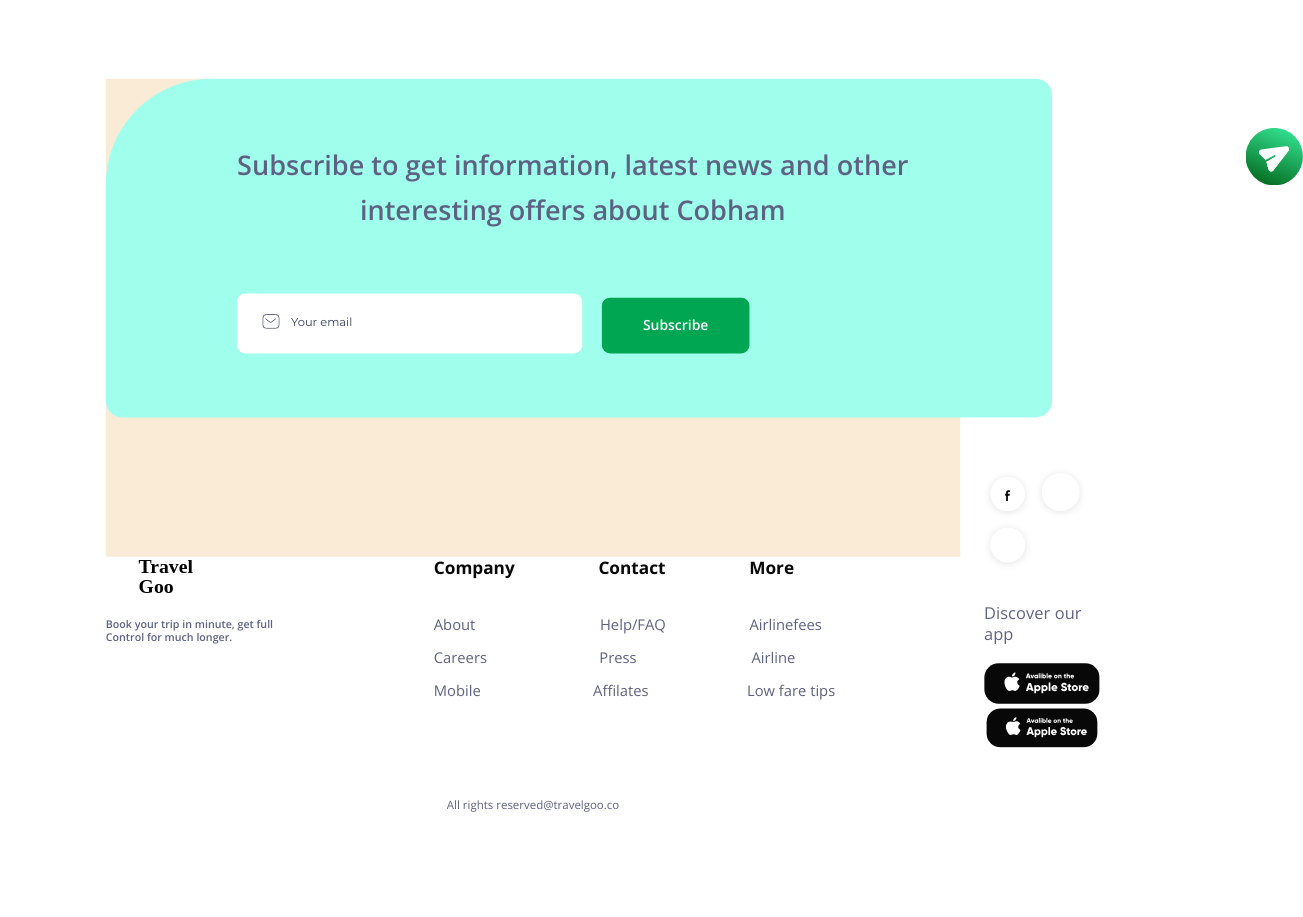
Repository: HeybetzadeQedim/task-5
Page: index.html
An editor plug-in stored every save of this project. The page is shown before and after a run of saves, followed by the edit.
The browser window is 1280 px wide. The page is 1589 px wide, then 1341 px, so the pictures cover 1589 px, including what lies to the right of the window. The pictures show the whole page, at 82% of full size.
Some web fonts or font styles are not loaded; a fallback is used.

Above is the page before, as saved 2023-10-16 15:40:22.

### index.html
<!DOCTYPE html>
<html lang="en">
  <head>
    <meta charset="UTF-8" />
    <meta name="viewport" content="width=device-width, initial-scale=1.0" />
    <title>Document</title>
    <link rel="stylesheet" href="./index.css" />
  </head>
  <body>
    <div class="container">
        <div class="relative-container">
            <div class="box-container">
                <h1>
                  Subscribe to get information, latest news and other interesting offers
                  about Cobham
                </h1>

                <div class="flex-container">
                  <div class="flex-container-2">
                    <img src="images/Group 46.svg" />
                    <p>Your email</p>
                  </div>
                  <div class="button-container">
                    <p>Subscribe</p>
                  </div>
                </div>
              </div>
              <div class="image-container">
                <img src="images/Group 77 (1).svg" />
              </div>
        </div>

          <div class="main-container">
            <div>
              <div class="position-container">
                <h2>
                  Travel<br />
                  Goo
                </h2>
                <p>
                  Book your trip in minute, get full<br />
                  Control for much longer.
                </p>
              </div>

              <div class="li-container">
                <ul>
                  <li>Company</li>
                  <li>Contact</li>
                  <li>More</li>
                </ul>
              </div>
              <div class="li-container-2">
                <ul>
                  <li>About</li>
                  <li>Help/FAQ</li>
                  <li>Airlinefees</li>
                </ul>
              </div>
              <div class="li-container-3">
                <ul>
                  <li>Careers</li>
                  <li>Press</li>
                  <li>Airline</li>
                </ul>
              </div>
              <div class="li-container-4">
                <ul>
                  <li>Mobile</li>
                  <li>Affilates</li>
                  <li>Low fare tips</li>
                </ul>
              </div>
              <div class="last-container">
                <img src="images/Social.svg" />
                <img src="images/Background (1).svg" />
                <img src="images/Background (1).svg" />
                <p>Discover our app</p>
                <img src="images/Play Store.svg" />
                <img src="images/Play Store.svg" />
              </div>
            </div>
            <div class="footer-box">
              <p>All rights reserved@travelgoo.co</p>
            </div>
          </div>
    </div>

  </body>
</html>

### index.css
@import url("https://fonts.googleapis.com/css2?family=Laila:wght@700&family=Montserrat&family=Open+Sans:wght@400;600;700&display=swap");
* {
  padding: 0;
  margin: 0;
  box-sizing: border-box;
}
.container {
  padding: 96px 109px 64px 129px;
}
.box-container {
  padding: 79px 175px 78px 160px;
  margin-bottom: 170px;
  border-radius: 0px 24px 0px 50px;
  display: inline-block;
  background: #9fffec;
  border-radius: 129px 20px 20px 20px;

}
.box-container h1 {
  width: 819px;
  color: var(--TEXT-CLR, #5e6282);
  text-align: center;
  font-family: Open Sans;
  font-size: 33px;
  font-style: normal;
  font-weight: 600;
  line-height: 54px; /* 163.636% */
}
.box-container img:first-child {
  width: 70px;
  height: 70px;
}
.image-container {
  position: absolute;
  top: 60px;
  left: 1390px;
}
.relative-container{
  position: relative;
  background-color: antiquewhite;
}
.flex-container {
  display: flex;
}
.flex-container-2 {
  margin-top: 75px;
  padding: 25px 0 25px 31px;
  width: 421px;
  display: flex;
  border-radius: 10px;
  background: var(--white, #fff);
}
.flex-container-2 img:first-child {
  width: 21px;
  height: 18px;
}
.flex-container-2 p {
  margin-left: 14px;
  color: var(--TEXT-COLOR, #39425d);
  font-family: Montserrat;
  font-size: 14px;
  font-style: normal;
  font-weight: 400;
  line-height: normal;
}
.button-container p {
  margin-top: 80px;
  margin-left: 24px;
  padding: 22px 50px 23px 50px;
  border-radius: 10px;
  background-color: #00a651;
  display: inline-block;
  color: var(--white, #fff);
  text-align: center;
  font-family: Open Sans;
  font-size: 17px;
  font-style: normal;
  font-weight: 600;
  line-height: normal;
}

.position-container {
  position: absolute;
}
.main-container h2 {
  margin-bottom: 25px;
  margin-left: 40px;
  color: #000;
  font-family: Laila;
  font-size: 24px;
  font-style: normal;
  font-weight: 700;
  line-height: 102.5%;
}
.main-container p {
  color: var(--TEXT-CLR, #5e6282);
  font-family: Open Sans;
  font-size: 13px;
  font-style: normal;
  font-weight: 600;
  line-height: 124.5%;
}
.li-container {
  margin-left: 400px;
}
.li-container ul {
  display: flex;
}
.li-container li {
  list-style-type: none;
  color: var(--black, #080809);
  font-family: Open Sans;
  font-size: 21px;
  font-style: normal;
  font-weight: 700;
  line-height: 124.5%;
}
.li-container li:nth-child(2) {
  margin-left: 102px;
  margin-right: 102px;
}
.li-container-2 {
  margin-top: 45px;
  margin-left: 400px;
}
.li-container-2 ul {
  display: flex;
}
.li-container-2 li {
  list-style-type: none;
  color: var(--TEXT-CLR, #5e6282);
  font-family: Open Sans;
  font-size: 18px;
  font-style: normal;
  font-weight: 400;
  line-height: 124.5%;
}
.li-container-2 li:first-child {
  margin-right: 50px;
}
.li-container-2 li:nth-child(2) {
  margin-left: 102px;
  margin-right: 102px;
}
.li-container-3 {
  margin-top: 18px;
  margin-left: 400px;
}
.li-container-3 ul {
  display: flex;
}
.li-container-3 li {
  list-style-type: none;
  color: var(--TEXT-CLR, #5e6282);
  font-family: Open Sans;
  font-size: 18px;
  font-style: normal;
  font-weight: 400;
  line-height: 124.5%;
}
.li-container-3 li:first-child {
  margin-right: 35px;
}
.li-container-3 li:nth-child(2) {
  margin-left: 102px;
  margin-right: 140px;
}
.li-container-4 {
  margin-top: 18px;
  margin-left: 400px;
}
.li-container-4 ul {
  display: flex;
}
.li-container-4 li {
  list-style-type: none;
  color: var(--TEXT-CLR, #5e6282);
  font-family: Open Sans;
  font-size: 18px;
  font-style: normal;
  font-weight: 400;
  line-height: 124.5%;
}
.li-container-4 li:first-child {
  margin-right: 35px;
}
.li-container-4 li:nth-child(2) {
  margin-left: 102px;
  margin-right: 120px;
}
.last-container {
  position: absolute;
  top: 570px;
  left: 1200px;
}
.last-container p {
  /* margin-right: 160px; */
  margin-bottom: 22px;
  margin-top: 37px;
  color: var(--TEXT-CLR, #5e6282);
  font-family: Open Sans;
  font-size: 20px;
  font-style: normal;
  font-weight: 400;
  line-height: 124.5%;
  letter-spacing: 0.1px;
}
.last-container img:first-child {
  width: 58px;
  height: 58px;
}
.last-container img:nth-child(2) {
  width: 63px;
  height: 63px;
}
.last-container img:nth-child(3) {
  /* margin-right: 150px; */
  width: 58px;
  height: 58px;
}
.last-container img:nth-child(4) {
  width: 141px;
  height: 49px;
}
.last-container img:last-child {
  /* margin-right: 40px; */
  width: 141px;
  height: 49px;
}
.footer-container p{
  color: var(--3rd, #e5e5e5);
  font-family: Roboto;
  font-size: 22px;
  font-style: normal;
  font-weight: 400;
  line-height: normal;
}
.footer-box p {
  margin-top: 120px;
  margin-bottom: 64px;
  text-align: center;
  color: var(--TEXT-CLR, #5e6282);
  font-family: Open Sans;
  font-size: 14px;
  font-style: normal;
  font-weight: 400;
  line-height: 124.5%;
}
.flex-box {
  display: flex;
}
.flex-box-2 {
  margin-right: 22px;
  margin-left: 22px;
}
.flex-box-3 {
  margin-right: 22px;
}
.flex-box-4 {
  margin-left: 22px;
  margin-right: 22px;
}
.flex-box-5 {
  margin-right: 22px;
}

After the next 3 saves:
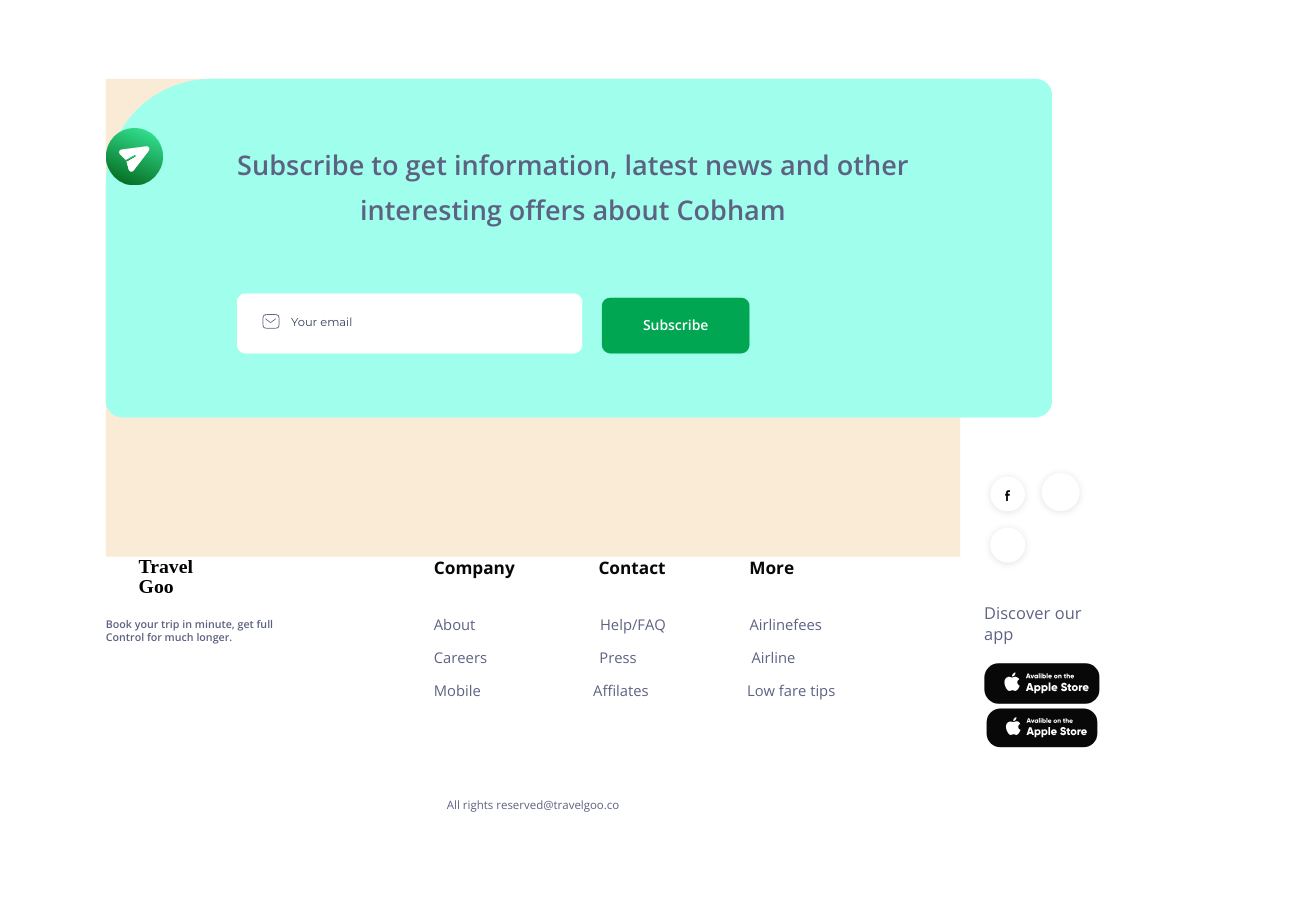
The 3 saves are shown as one change because they came seconds apart.
The last was saved 13 s later.
--- a/index.css
+++ b/index.css
@@ -33,7 +33,7 @@
 .image-container {
   position: absolute;
   top: 60px;
-  left: 1390px;
+  /* left: 1390px; */
 }
 .relative-container{
   position: relative;
